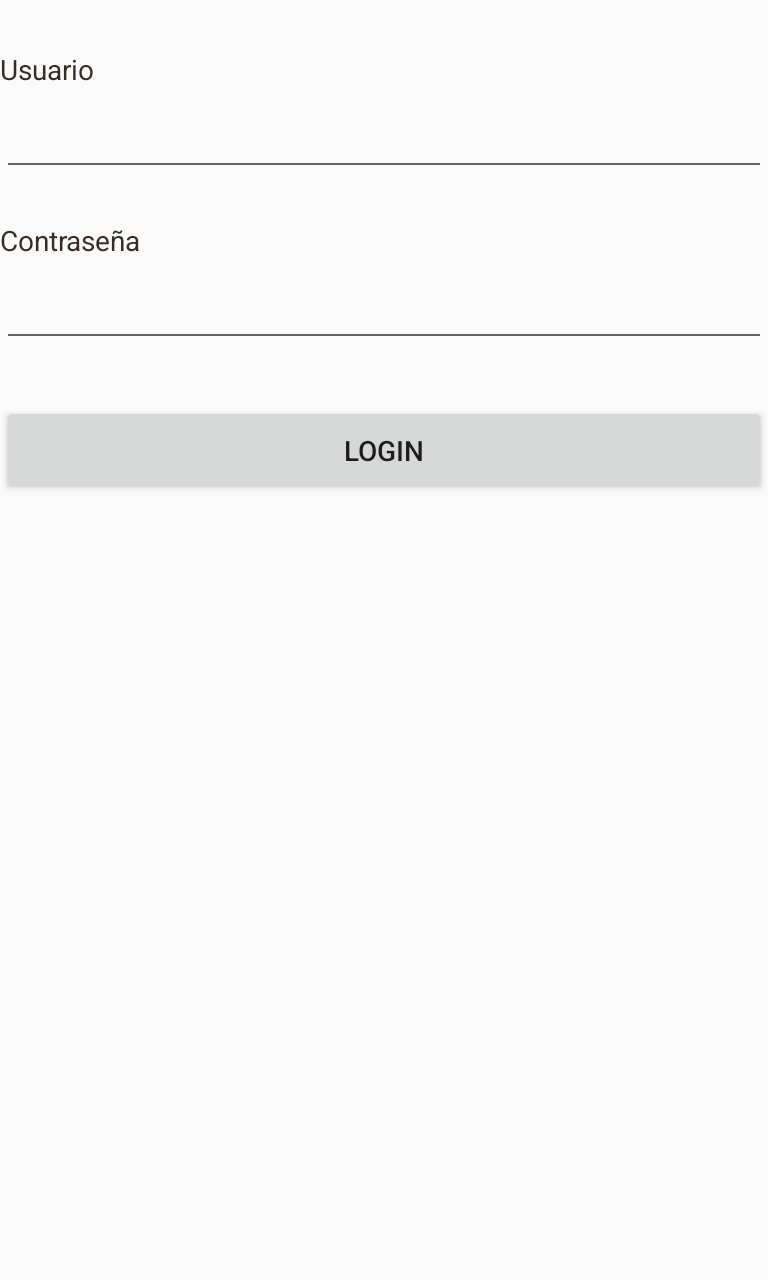
Repository: j-leon/workspace
Layout: ShorexTickets/res/layout/logscreen.xml
These files come from the project's save history. The layout is drawn as it stood at one moment and after the next save; the edit follows.
It is drawn on a 768 x 1280 px phone screen (xhdpi) without system bars, with theme AppTheme; the app's code is not run.

Above is the layout before, as saved 2014-09-25 18:11:19.

### ShorexTickets/res/layout/logscreen.xml
<?xml version="1.0" encoding="utf-8"?>
<LinearLayout xmlns:android="http://schemas.android.com/apk/res/android"
    android:layout_width="match_parent"
    android:layout_height="match_parent"
    android:orientation="vertical" >


    	<TextView android:layout_width="fill_parent"
                android:layout_height="wrap_content"
                android:textColor="#372c24"
                android:text="Usuario"
                android:layout_marginTop="25dip"/>

        <EditText android:layout_width="fill_parent"
                android:layout_height="wrap_content"
                android:layout_marginTop="5dip"
                android:layout_marginBottom="20dip"
                android:singleLine="true"
                android:id="@+id/edusuario"/>

           <TextView android:layout_width="fill_parent"
                android:layout_height="wrap_content"
                android:textColor="#372c24"
                android:text="Contraseña"/>

          <EditText android:layout_width="fill_parent"
                android:layout_height="wrap_content"
                android:layout_marginTop="5dip"
                android:singleLine="true"
                android:password="true"
                android:id="@+id/edpassword"/>


          <Button
                android:layout_width="fill_parent"
                android:layout_height="wrap_content"
                android:layout_marginTop="25dip"
                android:text="Login"
                android:id="@+id/Blogin"/>

</LinearLayout>

Loaded but not shown: ShorexTickets/res/values/styles.xml (common file); ShorexTickets/res/values-v11/styles.xml (common file); ShorexTickets/res/values-v14/styles.xml (common file)

After the next save:
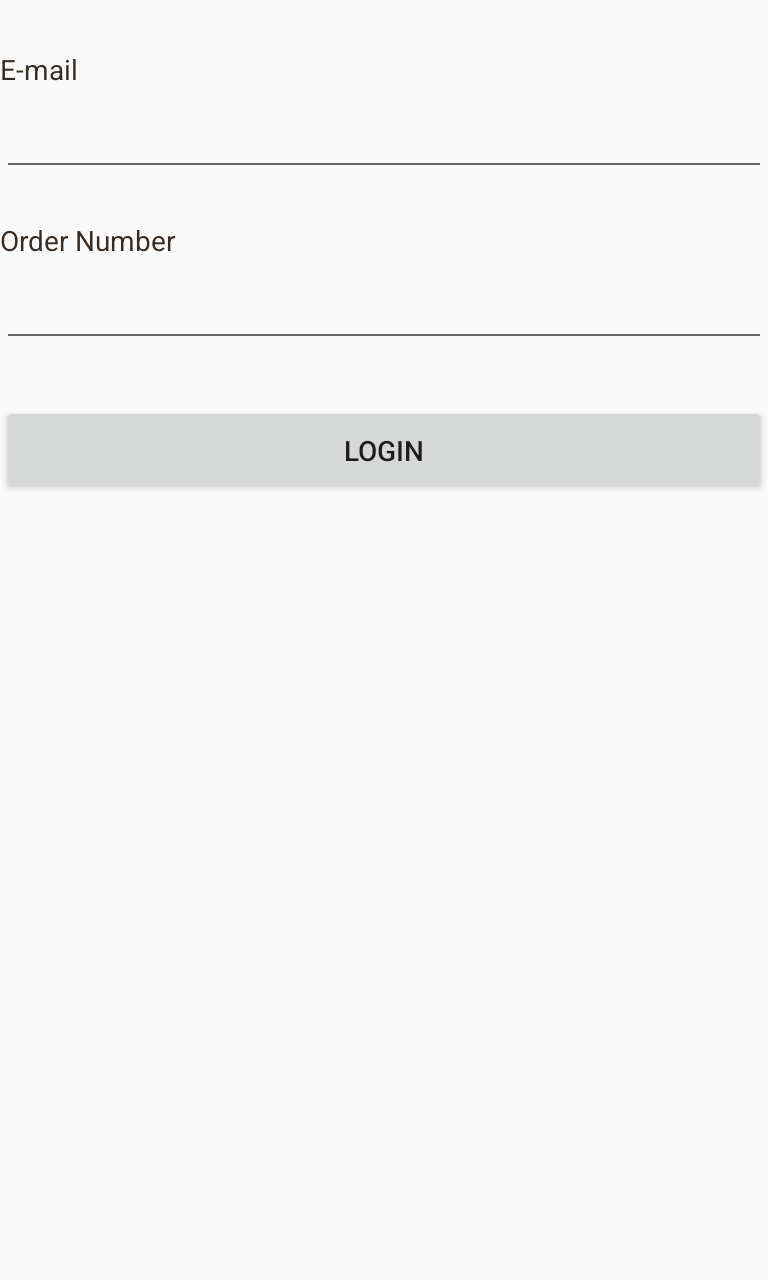
Saved 23 h 36 min later.
--- a/ShorexTickets/res/layout/logscreen.xml
+++ b/ShorexTickets/res/layout/logscreen.xml
@@ -8,7 +8,7 @@
     	<TextView android:layout_width="fill_parent"
                 android:layout_height="wrap_content"
                 android:textColor="#372c24"
-                android:text="Usuario"
+                android:text="E-mail"
                 android:layout_marginTop="25dip"/>
 
         <EditText android:layout_width="fill_parent"
@@ -21,13 +21,12 @@
            <TextView android:layout_width="fill_parent"
                 android:layout_height="wrap_content"
                 android:textColor="#372c24"
-                android:text="Contraseña"/>
+                android:text="Order Number"/>
 
           <EditText android:layout_width="fill_parent"
                 android:layout_height="wrap_content"
                 android:layout_marginTop="5dip"
                 android:singleLine="true"
-                android:password="true"
                 android:id="@+id/edpassword"/>
 
 
